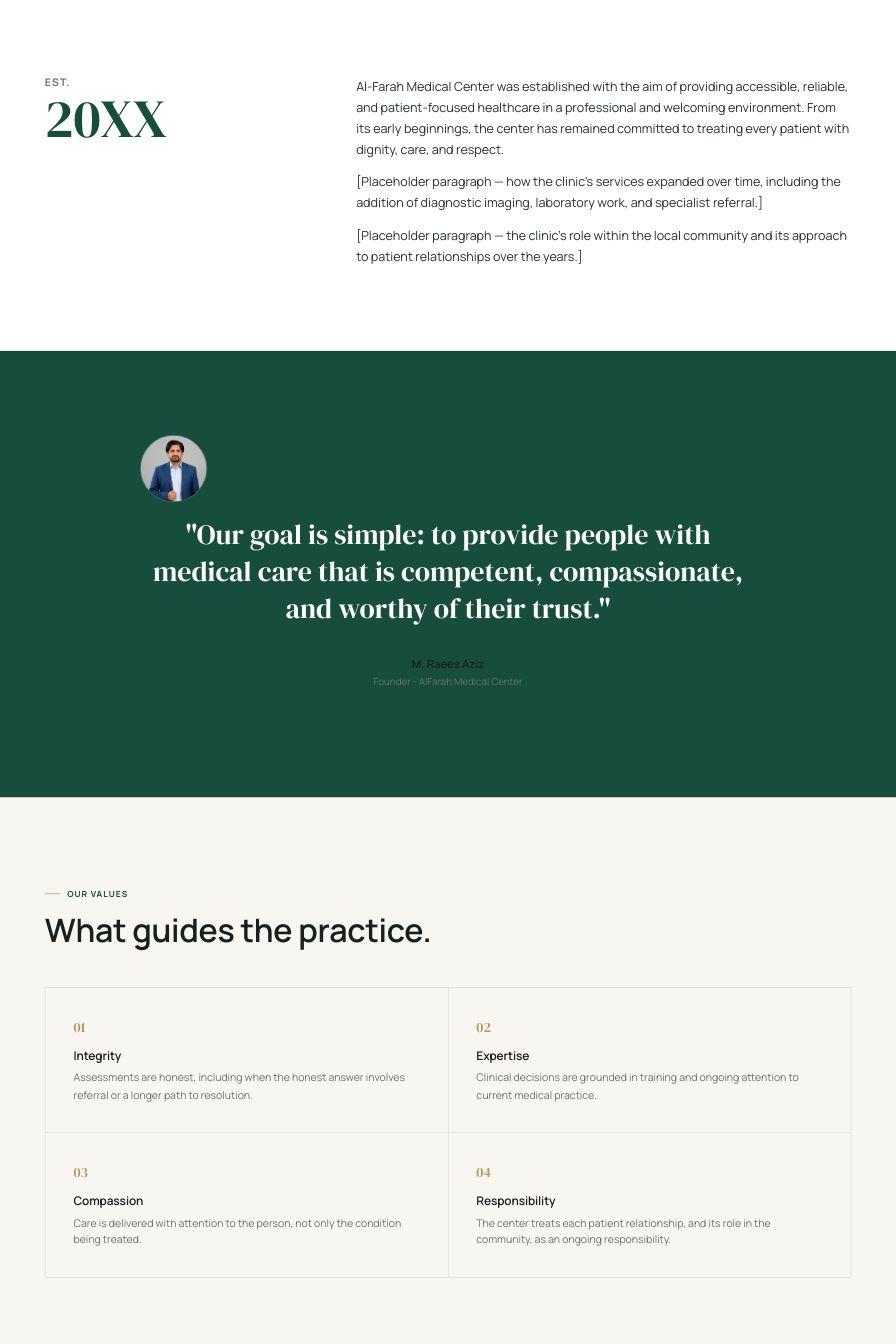
Repository: mraeesaziz45/al-farah
Page: about.html
An editor plug-in stored every save of this project. The page is shown before and after the next save, followed by the edit.
The browser window is 1280 px wide. The pictures show the part of the page from y = 526 to 2446 px (the page is 4133 px tall before and 4192 px after), at 70% of full size.

Above is the page before, as saved 2026-09-19 18:39:48.

### about.html
<!DOCTYPE html>
<html lang="en">
<head>
<meta charset="UTF-8">
<meta name="viewport" content="width=device-width, initial-scale=1.0">
<title>About Us — Al-Farah Medical Center</title>
<meta name="description" content="Learn about the history, values, and facility of Al-Farah Medical Center.">
<meta property="og:title" content="About Us — Al-Farah Medical Center">
<meta property="og:description" content="Built on trust. Growing through responsibility.">
<meta property="og:type" content="website">
<link rel="preconnect" href="https://fonts.googleapis.com">
<link rel="preconnect" href="https://fonts.gstatic.com" crossorigin>
<link href="https://fonts.googleapis.com/css2?family=Manrope:wght@400;500;600;700&family=DM+Serif+Display:ital@0;1&display=swap" rel="stylesheet">
<link rel="stylesheet" href="css/style.css">
</head>
<body>
<a href="#main" class="skip-link">Skip to content</a>

<header class="site-header">
  <div class="container header-inner">
    <a href="index.html" class="logo-link">
      <img src="assets/logo/logo-placeholder.svg" alt="Al-Farah Medical Center" width="180" height="52">
    </a>
    <nav class="main-nav" aria-label="Primary">
      <a href="index.html">Home</a>
      <a href="services.html">Services</a>
      <a href="team.html">Team</a>
      <a href="about.html" aria-current="page">About</a>
      <a href="contact.html">Contact</a>
    </nav>
    <div class="header-actions">
      <a href="contact.html" class="btn btn-primary header-cta-desktop">Book an Appointment</a>
      <button class="menu-toggle" aria-expanded="false" aria-controls="mobileMenu" aria-label="Open menu">
        <span class="bar"></span>
      </button>
    </div>
  </div>
</header>

<div class="mobile-menu" id="mobileMenu">
  <div class="mobile-menu-top">
    <img src="assets/logo/logo-placeholder.svg" alt="Al-Farah Medical Center" width="150" height="44">
    <button class="mobile-menu-close" aria-label="Close menu">
      <svg viewBox="0 0 24 24" fill="none" stroke="currentColor" stroke-width="1.6"><line x1="5" y1="5" x2="19" y2="19"/><line x1="19" y1="5" x2="5" y2="19"/></svg>
    </button>
  </div>
  <nav class="mobile-nav" aria-label="Mobile">
    <a href="index.html">Home</a>
    <a href="services.html">Services</a>
    <a href="team.html">Team</a>
    <a href="about.html" aria-current="page">About</a>
    <a href="contact.html">Contact</a>
  </nav>
  <div class="mobile-menu-cta">
    <a href="contact.html" class="btn btn-primary">Book an Appointment</a>
  </div>
</div>

<main id="main">

  <section class="page-hero bg-cream">
    <div class="container">
      <p class="eyebrow" data-reveal>About Us</p>
      <h1 class="page-heading h1" data-reveal>Built on trust. Growing through responsibility.</h1>
      <p class="body-lg muted" data-reveal>Al-Farah Medical Center began as a small practice and has grown around a simple principle: care that is competent, honest, and attentive to the person receiving it.</p>
    </div>
  </section>

  <section class="section bg-white">
    <div class="container story-layout">
      <div data-reveal>
        <div class="story-marker">
          <span class="est">Est.</span>
          <span class="year">20XX</span>
        </div>
      </div>
      <div class="story-text" data-reveal>
        <p class="body-lg">Al-Farah Medical Center was established with the aim of providing accessible, reliable, and patient-focused healthcare in a professional and welcoming environment. From its early beginnings, the center has remained committed to treating every patient with dignity, care, and respect.</p>
        <p class="body-lg">[Placeholder paragraph — how the clinic's services expanded over time, including the addition of diagnostic imaging, laboratory work, and specialist referral.]</p>
        <p class="body-lg">[Placeholder paragraph — the clinic's role within the local community and its approach to patient relationships over the years.]</p>
      </div>
    </div>
  </section>

  <section class="ceo-message bg-forest">
    <div class="container">
      <div class="ceo-message-inner" data-reveal>
        <div class="ceo-message-media">
          <img src="assets/images/team/director-home-2.png" alt="Portrait of the Founder and Director" width="200" height="200" loading="lazy" decoding="async">
        </div>
        <p class="serif-statement">"Our goal is simple: to provide people with medical care that is competent, compassionate, and worthy of their trust."</p>
        <div class="hero-attribution">
          <span class="name">M. Raees Aziz</span>
          <span class="role">Founder - AlFarah Medical Center</span>
        </div>
      </div>
    </div>
  </section>

  <section class="section bg-cream">
    <div class="container">
      <div class="section-head" data-reveal>
        <p class="eyebrow">Our Values</p>
        <h2 class="h2">What guides the practice.</h2>
      </div>
      <div class="values-grid" data-reveal-group>
        <div class="value-item" data-reveal>
          <span class="value-num">01</span>
          <h3 class="h4">Integrity</h3>
          <p>Assessments are honest, including when the honest answer involves referral or a longer path to resolution.</p>
        </div>
        <div class="value-item" data-reveal>
          <span class="value-num">02</span>
          <h3 class="h4">Expertise</h3>
          <p>Clinical decisions are grounded in training and ongoing attention to current medical practice.</p>
        </div>
        <div class="value-item" data-reveal>
          <span class="value-num">03</span>
          <h3 class="h4">Compassion</h3>
          <p>Care is delivered with attention to the person, not only the condition being treated.</p>
        </div>
        <div class="value-item" data-reveal>
          <span class="value-num">04</span>
          <h3 class="h4">Responsibility</h3>
          <p>The center treats each patient relationship, and its role in the community, as an ongoing responsibility.</p>
        </div>
      </div>
    </div>
  </section>

  <section class="section bg-white">
    <div class="container">
      <div class="facility-media" data-reveal>
        <img src="assets/images/facade.png" alt="Al-Farah Medical Center facility, placeholder photograph" width="1600" height="700" loading="lazy" decoding="async">
        <div class="facility-caption">
          <p class="eyebrow">The Center</p>
          <p>[Placeholder caption describing the facility — to be updated with real photography and details.]</p>
        </div>
      </div>
    </div>
  </section>

  <section class="cta-band bg-forest-deep">
    <div class="container">
      <h2 class="h2" data-reveal>When your health matters, every detail matters.</h2>
      <p class="body-lg" data-reveal>Get in touch to learn more about Al-Farah Medical Center or to arrange a visit.</p>
      <div class="cta-row" data-reveal>
        <a href="contact.html" class="btn btn-primary">Book an Appointment</a>
      </div>
    </div>
  </section>

</main>

<footer class="site-footer">
  <div class="container footer-grid">
    <div>
      <img src="assets/logo/logo-placeholder-light.svg" alt="Al-Farah Medical Center" class="footer-logo" width="170" height="50">
      <p class="footer-about">Al-Farah Medical Center provides trusted medical care with an emphasis on expertise, dignity, and patient-centered service.</p>
    </div>
    <div class="footer-col">
      <p class="footer-col-title">Navigation</p>
      <ul>
        <li><a href="index.html">Home</a></li>
        <li><a href="services.html">Services</a></li>
        <li><a href="team.html">Team</a></li>
        <li><a href="about.html">About</a></li>
        <li><a href="contact.html">Contact</a></li>
      </ul>
    </div>
    <div class="footer-col">
      <p class="footer-col-title">Services</p>
      <ul>
        <li><a href="services.html#radiology">Radiology</a></li>
        <li><a href="services.html#consultation">Consultation</a></li>
        <li><a href="services.html#laboratory">Diagnostics</a></li>
        <li><a href="services.html#specialist">Specialist Care</a></li>
      </ul>
    </div>
    <div class="footer-col">
      <p class="footer-col-title">Contact</p>
      <ul>
        <li>[Clinic Address Placeholder]</li>
        <li>[Phone Number Placeholder]</li>
        <li>[Email Address Placeholder]</li>
        <li>[Opening Hours Placeholder]</li>
      </ul>
    </div>
  </div>
  <div class="container footer-bottom">
    <p>&copy; 2026 Al-Farah Medical Center</p>
    <div class="footer-legal">
      <a href="#">Privacy Policy</a>
      <a href="#">Terms</a>
    </div>
  </div>
</footer>

<script src="js/main.js"></script>
</body>
</html>

Loaded but not shown: js/main.js (276 lines, source omitted); css/style.css (1057 lines, source omitted)

After the next save:
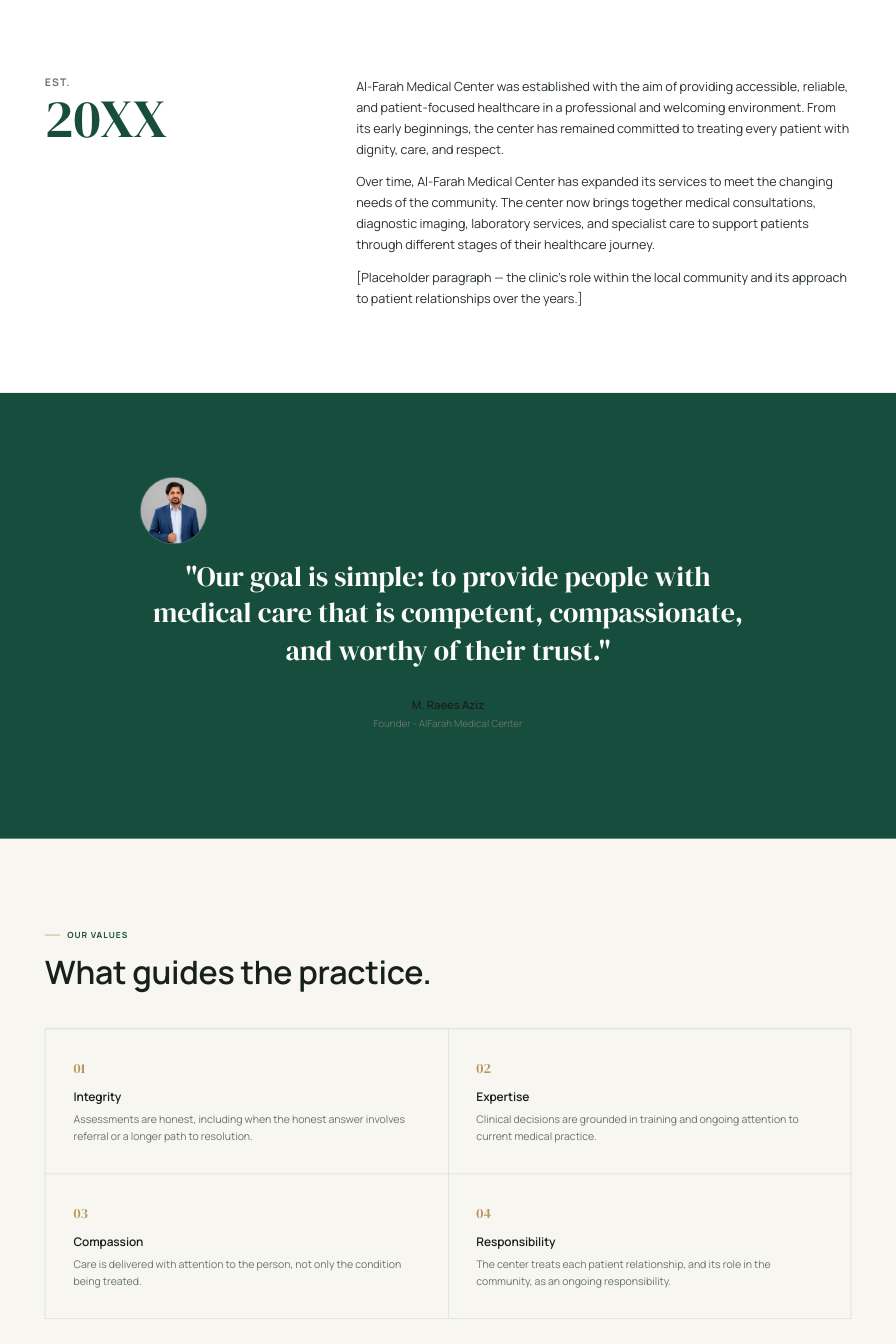
Saved 14 s later.
--- a/about.html
+++ b/about.html
@@ -76,7 +76,7 @@
       </div>
       <div class="story-text" data-reveal>
         <p class="body-lg">Al-Farah Medical Center was established with the aim of providing accessible, reliable, and patient-focused healthcare in a professional and welcoming environment. From its early beginnings, the center has remained committed to treating every patient with dignity, care, and respect.</p>
-        <p class="body-lg">[Placeholder paragraph — how the clinic's services expanded over time, including the addition of diagnostic imaging, laboratory work, and specialist referral.]</p>
+        <p class="body-lg">Over time, Al-Farah Medical Center has expanded its services to meet the changing needs of the community. The center now brings together medical consultations, diagnostic imaging, laboratory services, and specialist care to support patients through different stages of their healthcare journey.</p>
         <p class="body-lg">[Placeholder paragraph — the clinic's role within the local community and its approach to patient relationships over the years.]</p>
       </div>
     </div>
